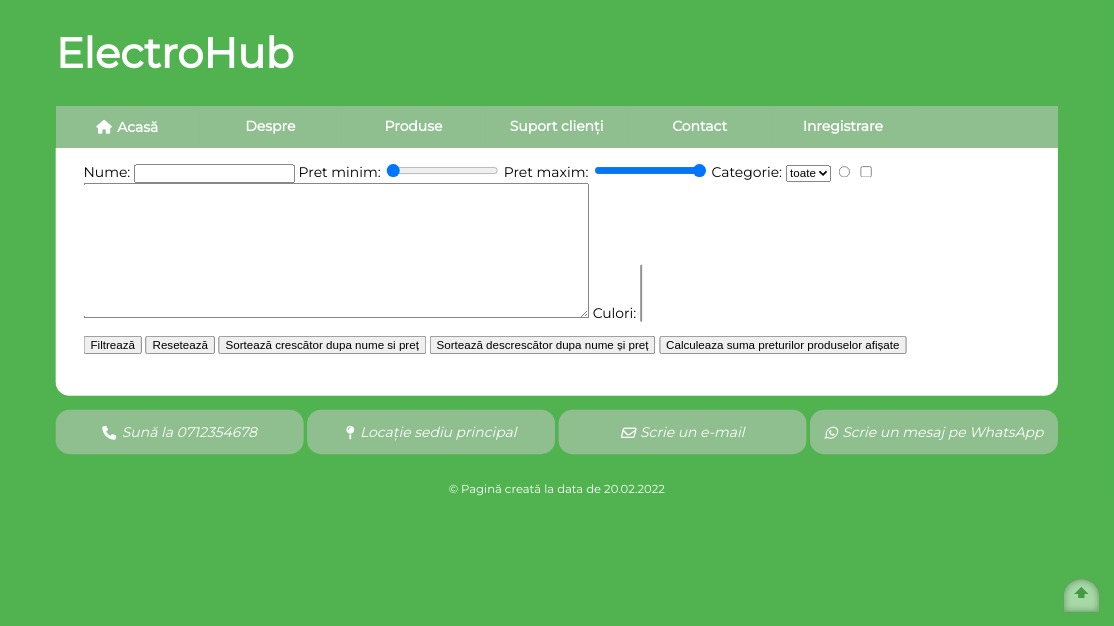
Repository: alexbanilean/Proiect-TW---ElectroHub
Page: http://localhost/produse
The author's editor kept a copy of each file at every save. The page is drawn from the files as they stood at one save, then again after a run of saves.
The browser window is 1280 px wide. The pictures show the whole page, at 87% of full size.
The page is served by the project's Node server (index.js). Queries for data that is not in the repository find no rows.

Above is the page before, as saved 2022-05-09 20:47:08.
Console error: TypeError: Cannot set properties of null (setting 'onclick')

### views/pagini/produse.ejs
<!DOCTYPE html>
<html  lang="ro">
    <head>
        <meta name="description" content="Universul electronicelor și electrocasnicelor la cele mai bune prețuri.">
        <meta name="keywords" content="electronice, electrocasnice, telefoane, tablete, jocuri, televizoare, smartphone">
        <title>ElectroHub</title>
        <%- include("../fragmente/head"); %>
        <link rel="stylesheet" type="text/css" href="/resurse/css/produse.css"/>
        <script type="text/javascript" src="/resurse/js/produse.js"></script>
    </head>

    <body>

    <%- include("../fragmente/header") %>

    <main>

        <!--<label> Maxim calorii: <input type="number" id="inp-calorii" value="10000"></label>-->
        <!-- <div> Calorii: trebuie sa aiba acelasi name ca sa formeze un grup
            <p><label>Dietetic (calorii &lt; 350)
                <input id="i_rad1"  name="gr_rad" value="0:350" type="radio"/>
            </label></p>
            <p><label>Mediu (350 &le; calorii &lt; 700)
                <input id="i_rad2"  name="gr_rad" value="350:750" type="radio"/>
            </label>
            <p><label>Ridicat caloric (700 &le; calorii)
                <input id="i_rad3" name="gr_rad" value="700:1000000000" type="radio"/>
            </label>
            <p><label>Toate
                <input id="i_rad4" checked name="gr_rad" value="toate" type="radio"/>
            </label>
        </div> -->

        <p>
            <label>Nume: <input type="text" id="inp-nume"></label>

            <label>Pret minim: <input type="range" id="inp-pret-min" value="0" min="0"  max="5000"><span id="infoRangeMin"></span></label>

            <label>Pret maxim: <input type="range" id="inp-pret-max" value="5000" min="0"  max="5000"><span id="infoRangeMax"></span></label>

            <label>Categorie:
                <select id = "inp-categorie">
                    <option id = "sel-toate" selected value = "toate">toate</option>
                    <% for (let opt of locals.optiuni) { %>
                        <option value = "<%- opt.unnest %>"><%- opt.unnest %> </option>
                    <% } %>
                </select>
            </label>

            <label> <input type="radio"> </label>

            <label> <input type="checkbox"> </label>

            <label> <textarea id = "txtArea" rows = "10" cols = "70"></textarea> </label>

            <label>
                <datalist id = "browsers">
                    <option value = "Edge">
                    <option value = "Firefox">
                    <option value = "Chrome">
                    <option value = "Opera">
                    <option value = "Safari">
                </datalist>
            </label>

            <label>Culori:
                <select multiple id = "inp-culori">
                    <% for (let col of locals.culori) { %>
                        <option value = "<%- col.unnest %>"><%- col.unnest %> </option>
                    <% } %>
                </select>
            </label>

        </p>

        <p>
            <button id="filtrare">Filtrează</button>
            <button id="resetare">Resetează</button>
            <button id="sortCrescNume">Sortează crescător dupa nume si preț</button>
            <button id="sortDescrescNume">Sortează descrescător dupa nume și preț</button>
            <button id="p-suma">Calculeaza suma preturilor produselor afișate</button>
        </p>

        <!-- my code below -->

        <section id="produse">
            <div class="grid-produse">
                <% for(let prod of locals.produse) { %>
                    <article class="produs">
                        <h3 class="nume"><a href="/produs/<%-prod.id %>"><span class="val-nume"><%- prod.nume%></span></a></h3>
                        <p class="categorie">Categorie: <span class="val-categorie"><%- prod.categorie %></span></p>

                        <div class="grid-intern">
                            <figure class="imag-produs">
                                <a href="produs/<%-prod.id %>" ><img src="/resurse/imagini/produse/<%- prod.imagine %>" alt="[imagine <%- prod.nume %>]" /></a>
                            </figure>

                            <table class="info-prod">
                                <tbody>
                                    <tr>
                                        <td>
                                            <span class="pret">Pret:</span>
                                        </td>
                                        <td>
                                            <span class="val-pret"><%- prod.pret %> RON</span>
                                        </td>
                                    </tr>

                                    <tr>
                                        <td>
                                            <span class="culoare">Culoare:</span>
                                        </td>
                                        <td>
                                            <span class="val-culoare"><%- prod.culoare %></span>
                                        </td>
                                    </tr>

                                    <tr>
                                        <td>
                                            <span class="descriere">Descriere:</span>
                                        </td>
                                        <td>
                                            <span class="val-descriere"><%- prod.descriere %></span>
                                        </td>
                                    </tr>

                                    <tr>
                                        <td>
                                            <span class="data_adaugare">Data adăugare:</span>
                                        </td>
                                        <td>
                                            <span class="val-data_adaugare"><time><%- `${prod.data_adaugare.getDate()}/${locals.luni[prod.data_adaugare.getMonth()]}/${prod.data_adaugare.getFullYear()} (${locals.zile[prod.data_adaugare.getDay()]})` %></time></span>
                                        </td>
                                    </tr>

                                    <tr>
                                        <td>
                                            <span class="premium">Premium:</span>
                                        </td>
                                        <td>
                                            <span class="val-premium">
                                                <% if(prod.premium == 'true') { %>
                                                    <%- 'Da' %>
                                                <% } else { %>
                                                    <%- 'Nu' %>
                                                <% } %>
                                            </span>
                                        </td>
                                    </tr>
                                </tbody>
                            </table>

                            <label class="selecteaza-cos">
                                Selectează:<br/>
                                <input type="checkbox" class="select-cos" value="<%-prod.id %>" autocomplete="off">
                            </label>
                        </div>
                    </article>
                <% } %>
            </div>
        </section>
    </main>

    <%- include("../fragmente/footer") %>
    </body>
</html>

### views/fragmente/head.ejs
<meta charset="utf-8">
<meta name="author" content="Alexandru Bănilean">

<link rel="apple-touch-icon" sizes="180x180" href="/resurse/ico/apple-touch-icon.png">
<link rel="icon" type="image/png" sizes="32x32" href="/resurse/ico/favicon-32x32.png">
<link rel="icon" type="image/png" sizes="16x16" href="/resurse/ico/favicon-16x16.png">
<link rel="manifest" href="/resurse/ico/site.webmanifest">
<link rel="mask-icon" href="/resurse/ico/safari-pinned-tab.svg" color="#5bbad5">
<link rel="shortcut icon" href="/resurse/ico/favicon.ico">
<meta name="msapplication-TileColor" content="#da532c">
<meta name="msapplication-config" content="./resurse/ico/browserconfig.xml">
<meta name="theme-color" content="#ffffff">

<link rel="stylesheet" href="/resurse/css/general.css" type="text/css"/>
<link rel="stylesheet" href="/resurse/css/general-1200.css" type="text/css" media="screen and (max-width:1200px)"/>
<link rel="stylesheet" href="/resurse/css/general-500.css" type="text/css" media="screen and (max-width:500px)"/>
<link rel="stylesheet" href="/resurse/css/nav.css" type="text/css"/>
<link rel="stylesheet" href="/resurse/css/nav-500.css" type="text/css" media="screen and (max-width:500px)"/>
<link rel="stylesheet" href="/resurse/css/galerie_statica.css" type="text/css"/>
<link rel="stylesheet" href="/resurse/css/print_style.css" type="text/css"/>

<link rel="stylesheet" href="https://use.fontawesome.com/releases/v6.0.0/css/all.css"/>
<link rel="stylesheet" href="https://fonts.googleapis.com/css?family=Montserrat"/>

<script src="/resurse/js/tema.js"></script>

### views/fragmente/header.ejs
<script>
    var tema=localStorage.getItem("tema");
    if(tema)
        document.body.classList.add("dark");
    else
        document.body.classList.remove("dark");
</script>

<header>
    <h1>ElectroHub</h1>
</header>

<nav>

    <label id="hamburger" for="ch-menu">
        <img src="/resurse/imagini/hamburger_icon_alb.png" alt="menu">
    </label>
    <input id="ch-menu" type="checkbox">

    <ul class="meniu">
        <li><div class="home-button"><a href="/index"><span class="text-home-button">Acasă</span></a></div></li>
        <li><div><a href="/despre">Despre</a></div>
            <ul>
                <li><a href="/despre#prezentare">Prezentare</a></li>
                <li><a href="/despre#istoric">Istoric</a></li>
                <li><a href="/despre#galerie">Galerie</a></li>
            </ul>
        </li>
        <li><div><a href="/produse">Produse</a></div>
            <ul>
                <li><a href="/produse">Toate</a></li>
                <% for(let categ of locals.categorii_meniu) { %>
                    <li><a href="/produse/<%-categ.unnest%>" style="text-transform: capitalize;"><%-categ.unnest%></a></li>
                <% } %>
            </ul>
        </li>
        <li><a href="/suport_clienti">Suport clienți</a></li>
        <li><a href="/contact">Contact</a></li>
        <li><a href="/inregistrare">Inregistrare</a></li>



        <% if(locals.utilizator){ %>
            <li>
                <div><%- locals.utilizator.username %></div>
                <ul>
                    <li><a href="/profil">Profil</a></li>
                    <li><a href="/logout">Logout</a></li>
                    <% if(locals.utilizator && locals.utilizator.rol == "admin") { %>
                    <li><a href="/useri">Useri</a></li>
                    <% } %>

                </ul>
            </li>
        <% } %>
    </ul>
</nav>

<p id="banner"></p>

### views/fragmente/footer.ejs
<footer>
    <address>
        <a href="tel:+40712354678" class="apel">
            <i class="fa-solid fa-phone fa-shake-hover" style="font-weight:600;padding-right:0.4rem;"></i>Sună la 0712354678</a>
        <a href="https://www.google.com/maps/place/Faculty+of+Mathematics+and+Informatics+-+University+of+Bucharest/@44.4355355,26.0995867,15z/data=!4m5!3m4!1s0x0:0x493984726f0235f9!8m2!3d44.4355355!4d26.0995867" class="locatie">
            <i class="fa-solid fa-map-pin fa-bounce" style="font-weight:600;padding-right:0.4rem;"></i>Locație sediu principal</a>
        <a href="mailto::clienti.electrohub@gmail.com" class="mail">Scrie un e-mail</a>
        <a href="https://api.whatsapp.com/send?phone=40712354678" class="mesaj">Scrie un mesaj pe WhatsApp</a>
    </address>

    <a href="#" id="link-top"><div class="tooltip"><span class="tooltiptext">Înapoi în partea de sus a paginii</span></div></a>

    <p class="copyright-info"><small>&copy; Pagină creată la data de <time datetime="2022-02-20">20.02.2022</time></small></p>
</footer>

### resurse/css/nav.css
body{
    --inaltime-meniu: 3rem;
}

nav ul.meniu ul{
    display: none;
    position: absolute;
    width: 100%;
}

nav{
    height: var(--inaltime-meniu);
    width: 100%;
    top: 0;
    padding: 0;
    background-color: var(--button-color);
    z-index: 10;
    position: sticky;
}

nav ul.meniu>li{
    float: left;
    width: 14.28%;
    position: relative;
}

nav ul, nav li{
    padding: 0;
    margin: 0;
}

nav ul.meniu li{
    text-align: center;
    list-style-type: none;
    background-color: var(--button-color);
    cursor: pointer;
}

nav>ul.meniu>li>a{
    overflow: hidden;
}

nav ul.meniu li, nav ul.meniu div, nav ul.meniu a{
    text-decoration: none;
    color: var(--c2-text);
    display: block;
    font-weight: bold;

    height: var(--inaltime-meniu);
    line-height: var(--inaltime-meniu);
}

ul.meniu>li>div:hover, ul.meniu>li>a:hover{
    box-shadow: 1px 1px 5px 1px inset var(--c2-text), -1px -1px 5px 1px inset var(--c2-text);
}

ul.meniu a, ul.meniu div{
    transition: background 200ms linear;
}

nav ul.meniu>li:hover>ul{
    display: block;
    animation-name: aparitie_submeniu;
    animation-iteration-count: 1;
    animation-duration: 200ms;
    animation-timing-function: linear;
    transform-origin: top center;
}

nav ul.meniu>li:hover>ul li a::before{
    content:'\2192';
    display: inline-block;
    padding-right: 0.4rem;

}

nav ul.meniu>li:hover>ul li{
    overflow: hidden;
}

nav ul.meniu>li:hover>ul li a:hover::before{
    content:'\2192';
    padding-right: 0.4rem;

    animation-name: animatie_sageata_submeniu;
    animation-iteration-count: 1;
    animation-duration: 400ms;
    animation-timing-function: linear;
}

.home-button>a::before{
    display: inline-block;
    font-family: "Font Awesome 6 Free";
    padding-right: 0.4rem;
    content:'\f015';
}

#hamburger{
    display: none;
    height: var(--inaltime-meniu);
}

#ch-menu{
    display: none;
}

#hamburger img{
    height: 100%;
    width: auto;
}

@keyframes aparitie_submeniu{
    0%{
        opacity: 0;
        transform: scaleY(0);
    }
    100%{
        opacity: 1;
        transform: scaleY(1);
    }
}

@keyframes animatie_sageata_submeniu{
    0%{transform: translateX(-2rem);}
    100%{transform: translateX(0);}
}

### resurse/css/galerie_statica.css
#galerie_statica{
    display: grid;
    grid-template-columns: repeat(3, 1fr);
    gap: 10px;
    width: 100%;
}

#galerie_statica img{
    width: 100%;
    height: 100%;
}

#galerie_statica figure{
    width: 100%;
    height: 85%;
    margin: 0;
    padding: 0;
}

#galerie_statica>a:nth-child(5){
    grid-area: 2/3/3/4;
}

#galerie_statica>a:nth-child(6){
    grid-area: 3/1/4/2;
}

#galerie_statica>a:nth-child(7){
    grid-area: 3/3/4/4;
}

#galerie_statica>a:nth-child(8){
    grid-area: 4/1/5/2;
}

#galerie_statica>a:nth-child(9){
    grid-area: 4/2/5/3;
}

#galerie_statica>a:nth-child(10){
    grid-area: 4/3/5/4;
}

#galerie_statica{
    counter-reset: nr_imag;
}

#galerie_statica figcaption::before{
    content: counter(nr_imag, upper-roman) ". ";
    counter-increment: nr_imag;
    padding-right: 3px;
}

#galerie_statica figure figcaption{
    text-align: center;
    width:100%;
}

#galerie_statica figure:hover{
    transform: scale(1.25, 1.25) rotate(-10deg);
    border: 4px solid black;
    transition: all 1200ms linear;
}

#galerie_statica>a{
    text-decoration: none;
    color: inherit;
}

@media screen and (max-width: 800px){
    #galerie_statica{
        display: grid;
        grid-template-columns: repeat(2, 1fr);
    }
}

@media screen and (max-width: 500px){
    #galerie_statica{
        display: grid;
        grid-template-columns: 1fr;
    }
}

### resurse/css/print_style.css
#watermark, #banner{
    display:none;
}

@media print{

    html, body{
        width: 210mm;
        overflow: visible !important;
    }

    a{
        text-decoration: none;
        color: auto;
    }

    #link-top, video, iframe, #prezentari, figure, image, table{
        display: none;
    }

    details ol, :hover{
        display: block;
    }

	h1{
		margin-top: 50%;
		text-align:center;
	}

    nav{
        page-break-after: always;
    }

    nav u.meniu ul li{
        display: block;
    }

	#banner{
		position: absolute;
		display: inline-block;
        overflow: visible;
        width:50%;

        top: 0;
		right: 0;
	}
	#banner::after{
		content:"Acesta este un proiect școlar.";
        display: inline-block;
		position: absolute;

		font-size:10px;
        border:5px double black;

        padding: 5%;

        top: 0;
        right: 0;
	}

    #watermark{
        display: flex;
        flex-direction: column;
        position: fixed;
        align-items: center;
        justify-content: center;

        color: rgba(0,0,0,0.3);

        width: 60%;
        height: 10%;

        top: 0;
        left: 0;
    }

    #watermark::after{
        content: "Banilean Alexandru";
        display: block;
        text-align: center;
        padding: 5%;
        opacity: 0.3;

        color: rgba(0,0,0,0.3);

        border: 2px solid black;
        border-radius: 8px;
    }

	footer{
		page-break-before: always;
	}
}

@page {
    size: A4 portrait;
    margin-bottom:2cm;
    margin-top:2cm;
    counter-increment: page;

}
@page:left{

    margin-left:2cm;
    margin-right:1cm;
}
@page:right{

    margin-right:2cm;
    margin-left:1cm;
}

### resurse/css/produse.css
main{
    --padd-main: 2rem;
    padding-left: var(--padd-main);
    padding-right: var(--padd-main);
}

.grid-produse{
    display:grid;
    grid-template-columns: 1fr 1fr;
    grid-gap:1rem;
}
.grid-produse .produs{
    border-radius: 2rem;
    box-shadow: 0px 0px 0.5rem 0.2rem grey;
    overflow: hidden;
}

.grid-produse .produs h3{
    background-color: var(--medium-color);
    text-align: center;
    margin-top: 0;
    padding-top: 0.5rem;
    padding-bottom: 0.5rem;
}

.grid-produse .produs h3 a{
    color: var(--c2-text);
    text-decoration: none;
}

.grid-produse .produs h3 a:hover{
    color:var(--vivid-color);
}
.grid-produse .produs figure{
    text-align: center;
}

/* .grid-produse .produs figure img{
    border:1px solid grey
} */

.grid-produse .produs .info-prod{
    display:flex;
    width: 90%;
    /* text-align:center; */

    border-collapse: separate;

    font-weight: bold;
    padding-top: 2rem;
}

.grid-produse .produs p.categorie{
    text-align:center;
    font-weight:bold;
}

.grid-intern{
    display:grid;
    grid-template-columns: 1fr 1fr;
    grid-gap:1rem;
}

.grid-intern>figure img{
    width: 100%;
    height: auto;
}

.produs{
    position: relative;
}
.selecteaza-cos{
    display: inline-block;
    position: absolute;
    bottom: 0.5rem;
    right: 0.5rem;
    border-radius: 0.5rem;
    text-align: center;
    padding: 0.3rem;
    border: 1px solid transparent;
}

### resurse/css/general-1200.css
html{
    font-size: 14px;
}

body{
    --body-padding: 1.5rem;
    margin: 0;
}

#tabel>div{
    overflow-x: scroll;
}

#link-top{
    right: 1.7rem;
}

#link-top>.tooltip{
    right: 1.8rem;
}

.text-home-button{
    display: none;
}

.home-button>a::before{
    padding-left: 0.4rem;
}

### resurse/css/general-500.css
html{
    font-size: 10px;
}

body{
    --body-padding: 0;
}

h1{
    text-align: center;
}

#grid-pagina{
    display: block;
}

section{
    margin-top: 1rem;
}

#tabel>div{
    overflow-x: scroll;
}

.taburi-iframe a{
    text-decoration: none;
    width: 75px;
}

#link-top{
    right: 0.3rem;
}

#link-top>.tooltip{
    right: 0.4rem;
}

### resurse/css/nav-500.css
#hamburger{
    display: block;
}

ul.meniu{
    display: none;
    position: absolute;
    width: 100%;
}

/* aparitie meniu */

#ch-menu:checked+ul.meniu{
    display: block;
    z-index: 2;
    position: absolute;
    transform-origin: 0 0;

    animation-name: aparitie_meniu;
    animation-iteration-count: 1;
    animation-timing-function: linear;
    animation-fill-mode: forwards;
    animation-duration: 300ms;
}

#ch-menu:checked+ul.meniu>li>div, #ch-menu:checked+ul.meniu>li>a{
    z-index: 2;
    position: relative;
}

/* display over content meniu */

nav ul.meniu li{
    width: 100%;
}

nav ul.meniu>li ul{
    position: absolute;
    width: 100%;
    z-index: 200;
}

#ch-menu:checked+ul.meniu>li ul>*{
    position: relative;
    z-index: 200;
}

nav ul.meniu>li:hover>ul{
    z-index: 200;
    animation: none;
}

/* modificari sageata + boxshadow */

nav ul.meniu>li:hover>ul li a::before{
    content: none;
}

nav ul.meniu>li:hover>ul li a:hover::before{
    animation: none;
    content: none;
}

ul.meniu>li :hover{
    box-shadow: 1px 1px 5px 1px inset var(--c2-text), -1px -1px 5px 1px inset var(--c2-text);
}

@keyframes aparitie_meniu{
    0%{transform: scale(0,0);}
    100%{transform: scale(1,1);}
}

Loaded but not shown: resurse/json/galerie.json (97 lines, source omitted); resurse/json/erori.json (35 lines, source omitted); index.js (658 lines, source omitted); resurse/js/produse.js (331 lines, source omitted); resurse/js/tema.js (11 lines, source omitted); resurse/css/general.css (482 lines, source omitted)

After the next 3 saves:
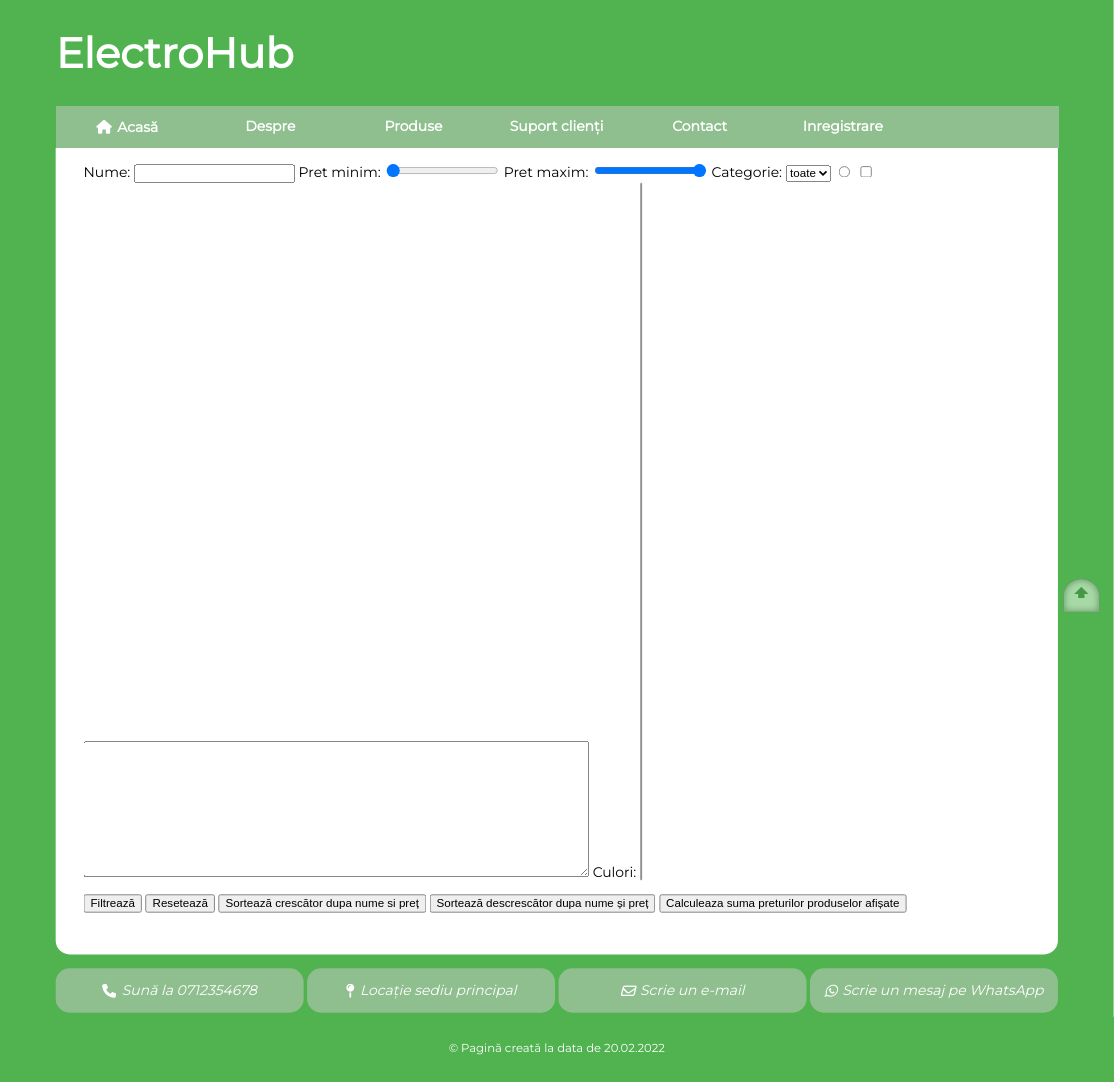
The 3 saves are shown as one change because they came seconds apart.
The last was saved 37 s later.
--- a/views/pagini/produse.ejs
+++ b/views/pagini/produse.ejs
@@ -64,7 +64,7 @@
             </label>
 
             <label>Culori:
-                <select multiple id = "inp-culori">
+                <select multiple id = "inp-culori" size="50">
                     <% for (let col of locals.culori) { %>
                         <option value = "<%- col.unnest %>"><%- col.unnest %> </option>
                     <% } %>

After the 2 saves that followed:
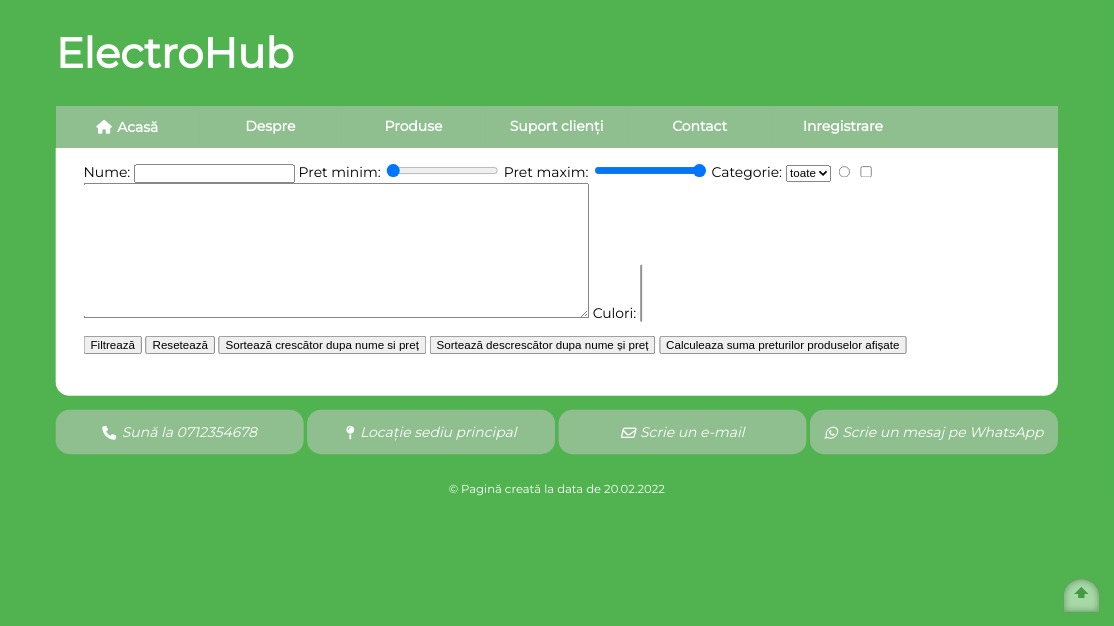
The 2 saves are shown as one change because they came seconds apart.
The last was saved 11 s later.
--- a/views/pagini/produse.ejs
+++ b/views/pagini/produse.ejs
@@ -64,7 +64,7 @@
             </label>
 
             <label>Culori:
-                <select multiple id = "inp-culori" size="50">
+                <select multiple id = "inp-culori" width="20">
                     <% for (let col of locals.culori) { %>
                         <option value = "<%- col.unnest %>"><%- col.unnest %> </option>
                     <% } %>
